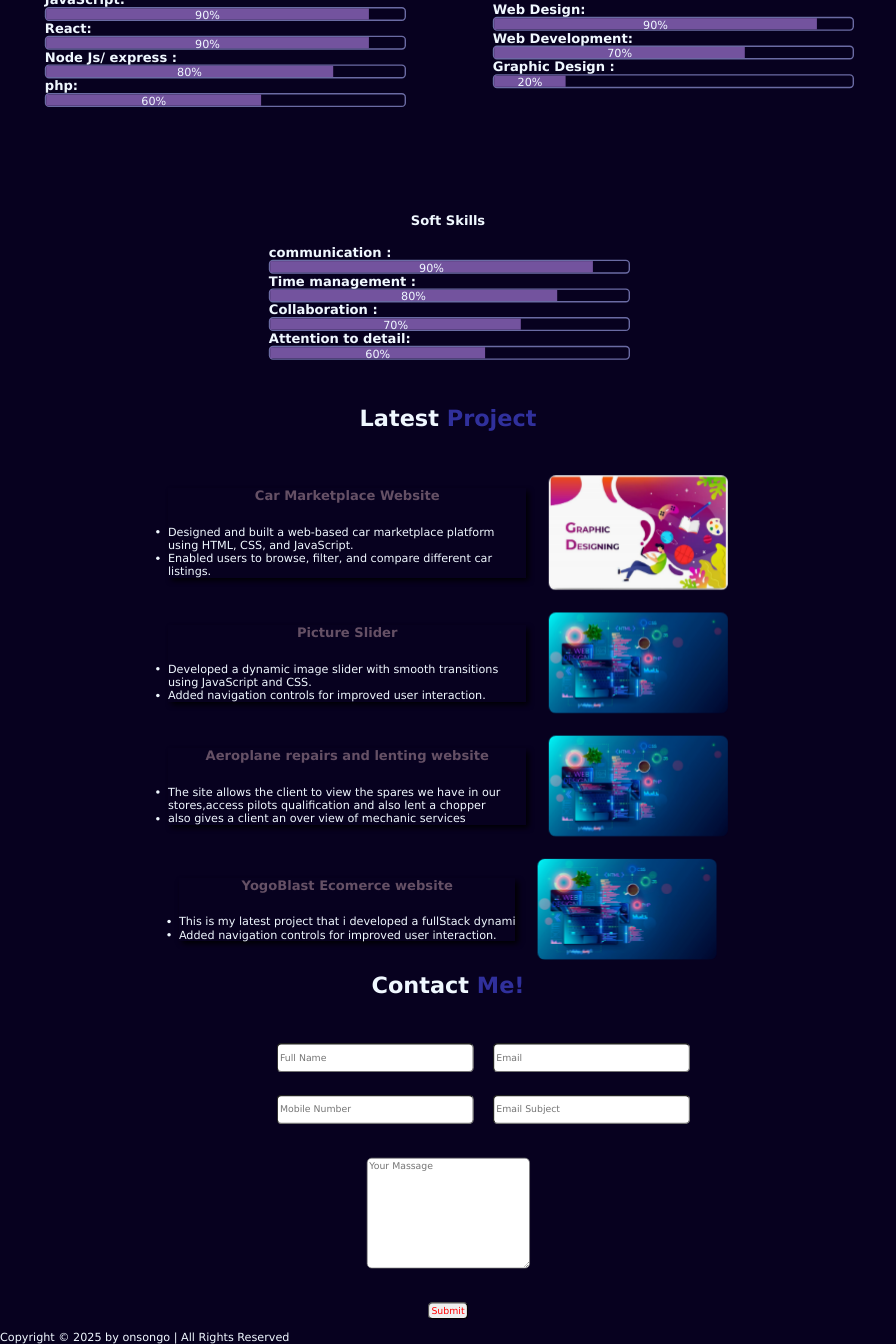
Repository: shrewd-baddest/portfolio
Page: myportfolio-main/index.html
The author's editor kept a copy of each file at every save. The page is drawn from the files as they stood at one save, then again after the next save.
The browser window is 1280 px wide. The pictures show the part of the page from y = 1650 to 3570 px (the page is 3570 px tall), at 70% of full size.
Some web libraries are served in a nearby version.

Above is the page before, as saved 2025-06-24 07:59:12.

After the next save:
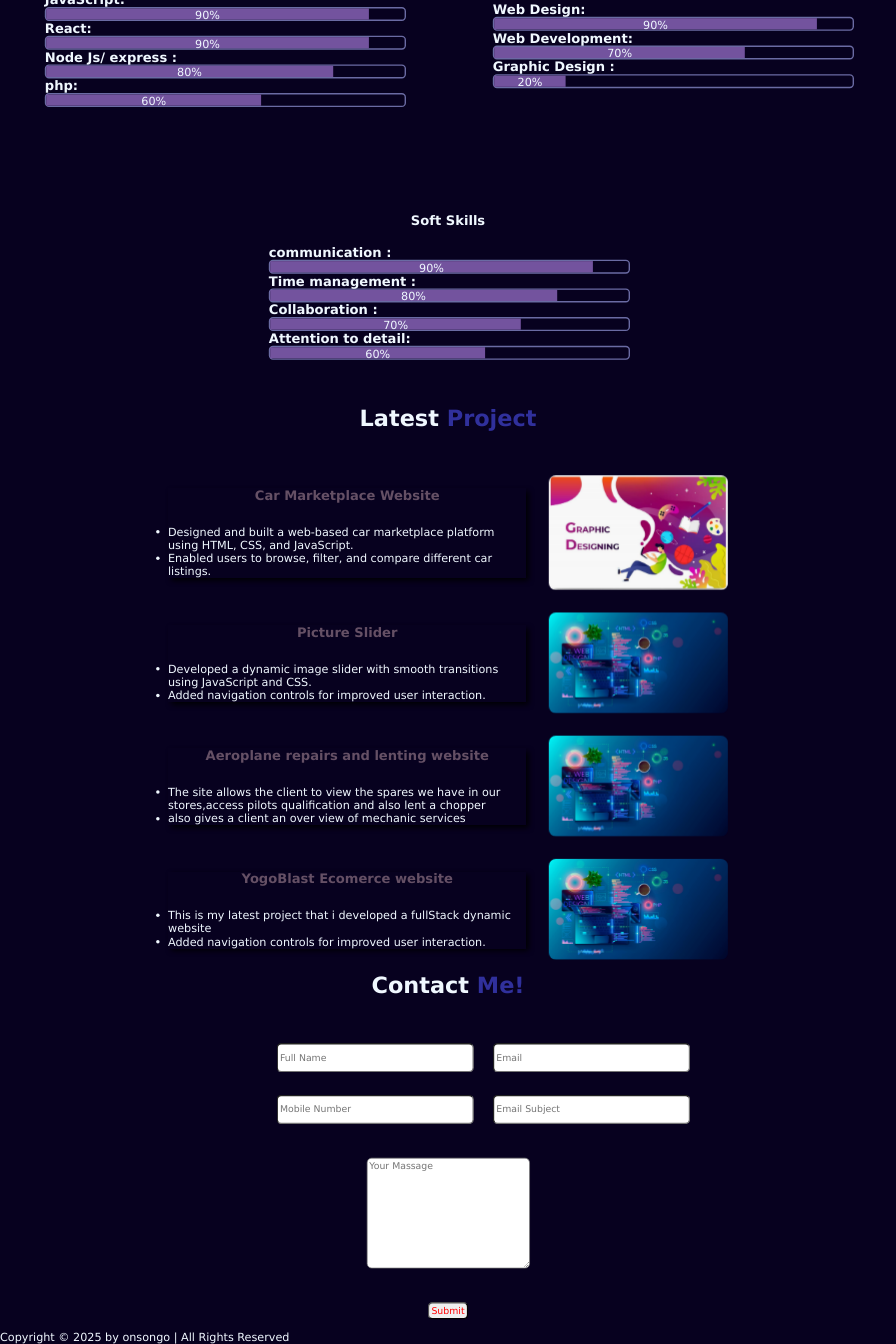
Saved 4 s later.
--- a/myportfolio-main/index.html
+++ b/myportfolio-main/index.html
@@ -210,7 +210,7 @@
                 <div class="portfolio-layer">
                    <a href=""> <h3>YogoBlast Ecomerce website</h3></a>
                     <ul>
-                        <li>This is my latest project that i developed a fullStack dynami</li>
+                        <li>This is my latest project that i developed a fullStack dynamic website</li>
                         <li>Added navigation controls for improved user interaction.</li>
                     </ul>
 
